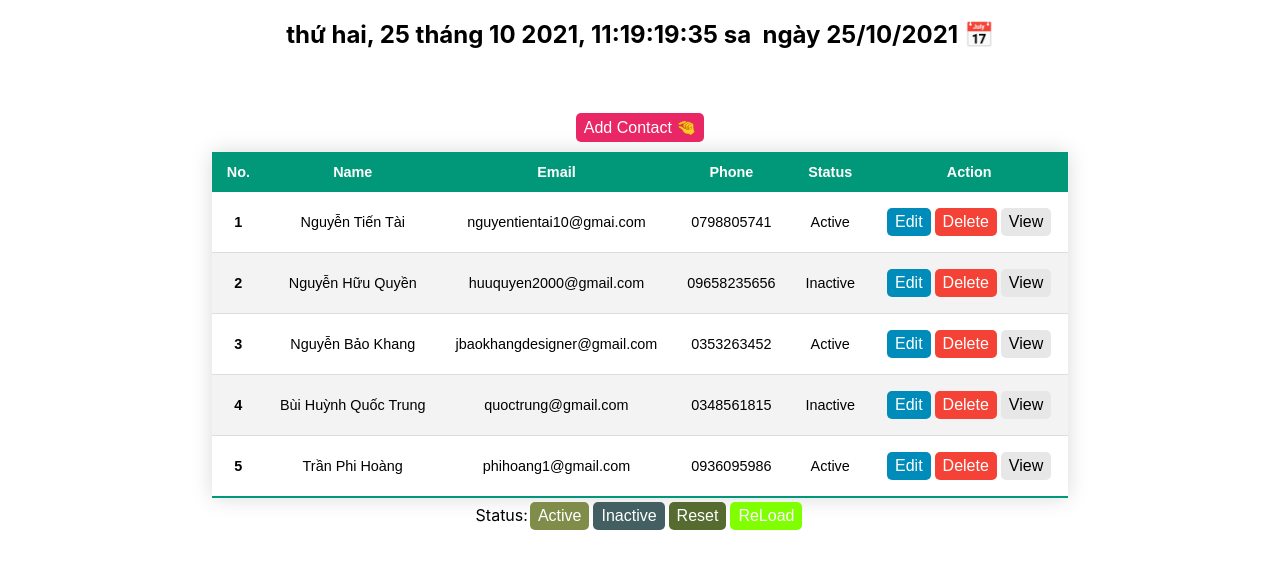
Repository: fdhhhdjd/Redux-Toolkit-CURD-Firebase
Page: /
An editor plug-in stored every save of this project. The page is shown before and after the next save, followed by the edit.
The browser window is 1280 px wide. The pictures show the whole page.
The project was rebuilt for these pictures with package versions that can differ from the ones it lists, and the page was loaded fresh each time. Also part of the build but not shown: src/Styles/AddEdit.css, src/Component/AddEdit.js, src/Styles/View.css, src/Component/View.js.

Above is the page before, as saved 2021-10-25 11:22:32.

### src/index.js
import React from "react";
import ReactDOM from "react-dom";
import "./index.css";
import App from "./App";
import store from "./Redux/Store";
import { Provider } from "react-redux";
import * as serviceWorker from "./serviceWorker";
import { ToastContextProvider } from "./ToastContext/ToastContext";

ReactDOM.render(
  <React.StrictMode>
    <Provider store={store}>
      <ToastContextProvider>
        <App />
      </ToastContextProvider>
    </Provider>
  </React.StrictMode>,
  document.getElementById("root")
);

// If you want your app to work offline and load faster, you can change
// unregister() to register() below. Note this comes with some pitfalls.
// Learn more about service workers: https://bit.ly/CRA-PWA
serviceWorker.unregister();

### src/App.js
import React from "react";
import "./App.css";
import { BrowserRouter, Switch, Route } from "react-router-dom";
import { ToastContainer } from "react-toastify";
import "react-toastify/dist/ReactToastify.css";
import { Home, View, AddEdit } from "./import/Index";
function App() {
  return (
    <>
      <BrowserRouter>
        <div className="App">
          <ToastContainer position="top-center" />
          <Switch>
            <Route exact path="/" component={Home} />
            <Route path="/add" component={AddEdit} />
            <Route path="/update/:id" component={AddEdit} />
            <Route path="/view/:id" component={View} />
          </Switch>
        </div>
      </BrowserRouter>
    </>
  );
}

export default App;

### src/Redux/Store.js
import { configureStore, createStore } from "@reduxjs/toolkit";
import logger from "redux-logger";
import thunk from "redux-thunk";
import { composeWithDevTools } from "redux-devtools-extension";
import ContactReducer from "./ContactSlice";
const middleware = [thunk];
if (process.env.NODE_ENV === "development") {
  middleware.push(logger);
}
const store = configureStore({
  reducer: {
    todos: ContactReducer,
    middleware: [logger],
  },
});

export default store;

### src/ToastContext/ToastContext.js
import React, { useState, createContext, useEffect, useRef } from "react";
export const ToastContext = createContext();
export const ToastContextProvider = ({ children }) => {
  const [list, setList] = useState([]);
  let toastProperties = null;
  const showToast = (type) => {
    switch (type) {
      case "success":
        toastProperties = {
          id: list.length + 1,
          title: "Success",
          icon: "fas fa-check-circle",
          description: "Add user Success 😊",
          backgroundColor: "toast--success",
        };
        break;
      case "danger":
        toastProperties = {
          id: list.length + 1,
          title: "Danger",
          description: "Thất bại",
          backgroundColor: "toast--error",
          button: "btn btn--danger",
          json: "fas fa-exclamation-triangle",
        };
        break;
      case "info":
        toastProperties = {
          id: list.length + 1,
          title: "Info",
          description: "Khá thành công",
          backgroundColor: "toast--info",
          json: "fas fa-info",
        };
        break;
      case "warning":
        toastProperties = {
          id: list.length + 1,
          title: "Warning",
          description: "Gần thất bại",
          backgroundColor: "toast--warning",
          json: "fas fa-radiation-alt",
        };
        break;
      default:
        toastProperties = [];
    }
    setList([...list, toastProperties]);
  };
  const data = { list, setList, showToast };

  return <ToastContext.Provider value={data}>{children}</ToastContext.Provider>;
};

### src/import/Index.js
export { default as Home } from "../Component/Home";
export { default as AddEdit } from "../Component/AddEdit";
export { default as View } from "../Component/View";

### src/Redux/ContactSlice.js
import { createSlice, createAsyncThunk } from "@reduxjs/toolkit";
import { v4 as uuidv4 } from "uuid";
import { nanoid } from "nanoid";
const initialState = {
  contacts: [
    {
      id: 1,
      name: "Nguyễn Tiến Tài",
      email: "nguyentientai10@gmai.com",
      phone: "0798805741",
      status: "Active",
    },
    {
      id: 2,
      name: "Nguyễn Hữu Quyền",
      email: "huuquyen2000@gmail.com",
      phone: "09658235656",
      status: "Inactive",
    },
    {
      id: 3,
      name: "Nguyễn Bảo Khang",
      email: "jbaokhangdesigner@gmail.com",
      phone: "0353263452",
      status: "Active",
    },
    {
      id: 4,
      name: "Bùi Huỳnh Quốc Trung	",
      email: "quoctrung@gmail.com",
      phone: "0348561815",
      status: "Inactive",
    },
    {
      id: 5,
      name: "Trần Phi Hoàng",
      email: "phihoang1@gmail.com",
      phone: "0936095986",
      status: "Active",
    },
  ],
  contact: {
    name: "",
    email: "",
    phone: "",
    status: "",
  },
  filter: "All",
};
const TodoSlice = createSlice({
  name: "todos",
  initialState,
  reducers: {
    getContact: (state, action) => {
      state.contact = state.contacts.find((item) => item.id == action.payload);
    },
    addContact: (state, action) => {
      const newData = { ...action.payload, id: uuidv4() };
      state.contacts = [...state.contacts, newData];
    },
    deleteContact: (state, action) => {
      state.contacts = state.contacts.filter(
        (item) => item.id !== action.payload
      );
    },
    updateContact: (state, action) => {
      state.contacts = state.contacts.map((item) =>
        item.id === action.payload.id ? action.payload : item
      );
    },
    setFilter: (state, action) => {
      state.filter = action.payload;
    },
  },
});
const ContactReducer = TodoSlice.reducer;
export const {
  addContact,
  deleteContact,
  getContact,
  updateContact,
  setFilter,
} = TodoSlice.actions;
export const GetTodo = (state) => state.todos;
export default ContactReducer;

### src/Component/Home.js
import React from "react";
import { useDispatch, useSelector } from "react-redux";
import { deleteContact, GetTodo, setFilter } from "../Redux/ContactSlice";
import { Link } from "react-router-dom";
import { toast } from "react-toastify";
import "../Styles/Home.css";
import Moments from "./Moments";
const Home = () => {
  const { contacts, filter } = useSelector(GetTodo);
  const dispatch = useDispatch();
  const deleteFilterContact = (id) => {
    if (window.confirm("Are you sure you want to delete  ?")) {
      dispatch(deleteContact(id), toast.success("Delete user Success 😉"));
    }
  };

  const handleReloading = () => {
    window.location.reload();
  };

  return (
    <>
      <Moments />
      <div style={{ marginTop: "60px" }}>
        <Link to="/add">
          <button className="btn btn-contact">Add Contact 🤏</button>
        </Link>
        <table className="styled-table">
          <thead>
            <tr>
              <th style={{ textAlign: "center" }}>No.</th>
              <th style={{ textAlign: "center" }}>Name</th>
              <th style={{ textAlign: "center" }}>Email</th>
              <th style={{ textAlign: "center" }}>Phone</th>
              <th style={{ textAlign: "center" }}>Status</th>
              <th style={{ textAlign: "center" }}>Action</th>
            </tr>
          </thead>
          <tbody>
            {contacts
              .filter((item) => {
                if (filter === "All") {
                  return item;
                } else {
                  return item.status === filter;
                }
              })
              .map((item, index) => {
                return (
                  <tr key={item.id}>
                    <th scope="row">{index + 1}</th>
                    <td>{item.name}</td>
                    <td>{item.email}</td>
                    <td>{item.phone}</td>
                    <td>{item.status}</td>
                    <td>
                      <Link to={`/update/${item.id}`}>
                        <button className="btn btn-edit">Edit</button>
                      </Link>
                      <button
                        className="btn btn-delete"
                        onClick={() => deleteFilterContact(item.id)}
                      >
                        Delete
                      </button>
                      <Link to={`/view/${item.id}`}>
                        <button className="btn btn-view">View</button>
                      </Link>
                    </td>
                  </tr>
                );
              })}
          </tbody>
        </table>
        <label htmlFor="">Status:</label>
        <button
          className="btn btn-active"
          onClick={() => dispatch(setFilter("Active"))}
        >
          Active
        </button>
        <button
          className="btn btn-inactive"
          onClick={() => dispatch(setFilter("Inactive"))}
        >
          Inactive
        </button>
        <button
          className="btn btn-reset"
          onClick={() => dispatch(setFilter("All"))}
        >
          Reset
        </button>
        <button className="btn btn-reload" onClick={handleReloading}>
          ReLoad
        </button>
      </div>
    </>
  );
};

export default Home;

### src/Styles/Home.css
.styled-table {
    border-collapse: collapse;
    margin: auto;
    font-size: 0.9em;
    font-family: sans-serif;
    max-width: 1000px;
    box-shadow: 0 0 20px rgba(0, 0, 0, 0.15);
  }

  .styled-table thead tr {
    background-color: #009879;
    color: #ffffff;
    text-align: left;
  }

  .styled-table th,
  .styled-table td {
    padding: 12px 15px;
  }

  .styled-table tbody tr {
    border-bottom: 1px solid #dddddd;
  }

  .styled-table tbody tr:nth-of-type(even) {
    background-color: #f3f3f3;
  }

  .styled-table tbody tr:last-of-type {
    border-bottom: 2px solid #009879;
  }

  .btn {
    border: none;
    color: white;
    padding: 5px 8px;
    text-align: center;
    text-decoration: none;
    display: inline-block;
    border-radius: 5px;
    font-size: 16px;
    margin: 4px 2px;
    cursor: pointer;
  }

  .btn-edit {
    background-color: #008cba;
  }

  .btn-delete {
    background-color: #f44336;
  }

  .btn-view {
    background-color: #e7e7e7;
    color: black;
  }

  .btn-contact {
    background-color: #e82764;
    margin-bottom: 10px;
  }


  .btn-active {
    background-color: #808c4a;
    color: #fff;
  }

  .btn-inactive {
    background-color: #445f61;
    color: #fff;
  }

  .btn-reset {
    background-color: darkolivegreen;
    color: #fff;
  }
  .btn-reload{
    background-color: chartreuse;
    color: white;
  }

### src/Component/Moments.js
import React, { useEffect, useState } from "react";
import Moment from "react-moment";
import "moment/locale/vi";
const Moments = () => {
  const [Time, setTime] = useState("");
  let today = new Date();
  let date =
    today.getDate() + "/" + (today.getMonth() + 1) + "/" + today.getFullYear();
  useEffect(() => {
    const timer = setInterval(() => setTime(new Date(Date.now())), 1000);
    return () => clearInterval(timer);
  }, []);
  return (
    <div>
      <h2>
        <strong>
          <Moment format=" dddd, Do MMMM  YYYY, LT:mm:ss a">{Time}</Moment>
        </strong>
        &nbsp; ngày {date} 📅
      </h2>
    </div>
  );
};

export default Moments;

Loaded but not shown: public/index.html (common file); src/index.css (common file); src/serviceWorker.js (common file); src/App.css (common file)

After the next save:
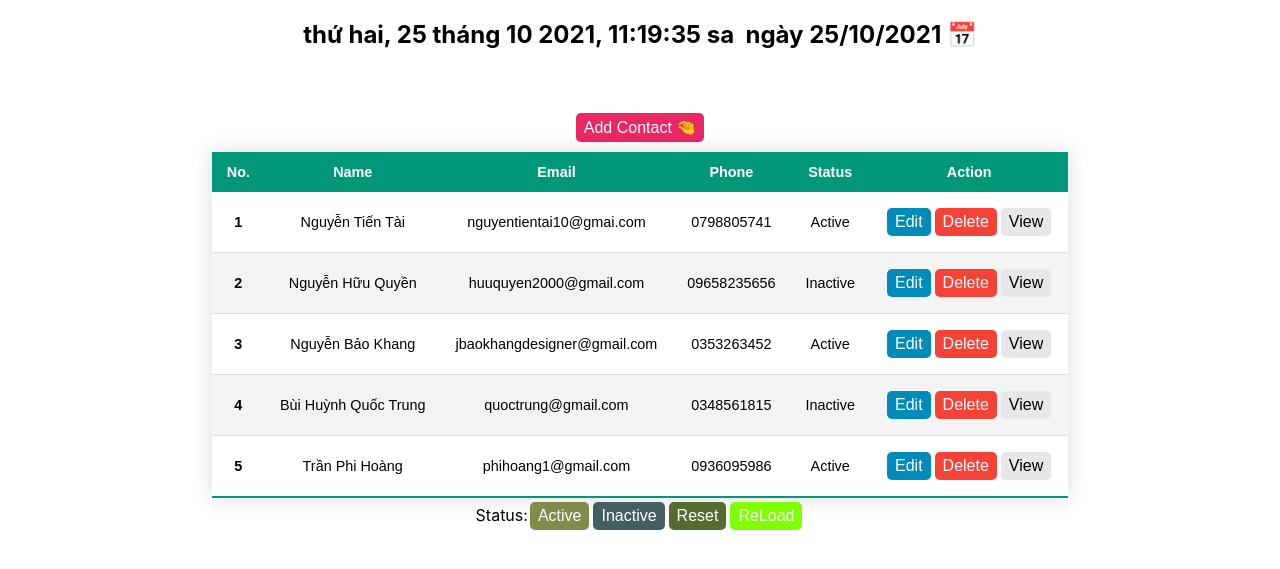
Saved 30 s later.
--- a/src/Component/Moments.js
+++ b/src/Component/Moments.js
@@ -14,7 +14,7 @@ const Moments = () => {
     <div>
       <h2>
         <strong>
-          <Moment format=" dddd, Do MMMM  YYYY, LT:mm:ss a">{Time}</Moment>
+          <Moment format=" dddd, Do MMMM  YYYY, LT:ss a">{Time}</Moment>
         </strong>
         &nbsp; ngày {date} 📅
       </h2>
